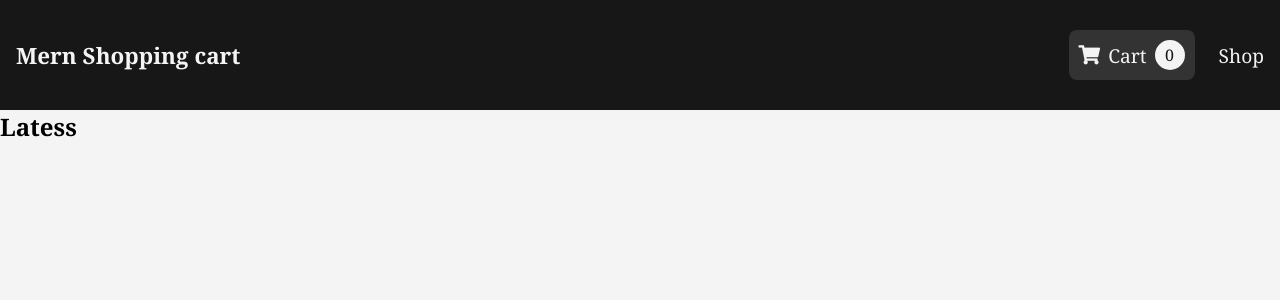
Repository: exiled-kal/MernShop
Page: / (app in frontend/)
An editor plug-in stored every save of this project. The page is shown before and after a run of saves, followed by the edit.
The browser window is 1280 px wide. The pictures show the whole page.
The project was rebuilt for these pictures with package versions that can differ from the ones it lists, and the page was loaded fresh each time. Also part of the build but not shown: frontend/src/screens/HomeScreen.css, frontend/src/screens/ProductScreen.css, frontend/src/screens/ProductScreen.js, frontend/src/screens/CartScreen.css, frontend/src/screens/CartScreen.js, frontend/src/components/Backdrop.css, frontend/src/components/Backdrop.js.

Above is the page before, as saved 2021-03-23 20:42:23.

### frontend/public/index.html
<!DOCTYPE html>
<html lang="en">

<head>
  <meta charset="utf-8" />
  <link rel="icon" href="%PUBLIC_URL%/favicon.ico" />
  <meta name="viewport" content="width=device-width, initial-scale=1" />
  <meta name="theme-color" content="#000000" />
  <meta name="description" content="Web site created using create-react-app" />
  <link rel="apple-touch-icon" href="%PUBLIC_URL%/logo192.png" />

  <link rel="manifest" href="%PUBLIC_URL%/manifest.json" />
  <link rel="stylesheet" href="https://cdnjs.cloudflare.com/ajax/libs/font-awesome/5.15.3/css/all.min.css"
    integrity="sha512-iBBXm8fW90+nuLcSKlbmrPcLa0OT92xO1BIsZ+ywDWZCvqsWgccV3gFoRBv0z+8dLJgyAHIhR35VZc2oM/gI1w=="
    crossorigin="anonymous" />

  <title>My Shop</title>
</head>

<body>
  <noscript>You need to enable JavaScript to run this app.</noscript>
  <div id="root"></div>

</body>

</html>

### frontend/src/index.css
* {
  margin: 0;
  padding: 0;
  box-sizing: border-box;
}

body {
  font-family: Cambria, Cochin, Georgia, Times, 'Times New Roman', serif;
  background: #f4f4f4;
}

img {
  width: 100%;
  object-fit: contain;
}

### frontend/src/App.js
import './App.css';
import {useState} from 'react';
import {BrowserRouter as Router, Switch, Route} from 'react-router-dom';
// Screens
import HomeScreen from './screens/HomeScreen';
import ProductScreen from './screens/ProductScreen';
import CartScreen from './screens/CartScreen';

//Components
import Navbar from './components/Navbar';
import Backdrop from './components/Backdrop';
import SideDrawer from './components/SideDrawer';

function App() {
  const [sideToggle, setSideToggle] = useState(false);

  return (
    <Router>
      <Navbar click={() => setSideToggle(true)} />
      <SideDrawer show={sideToggle} click={() => setSideToggle(false)} />
      <Backdrop show={sideToggle} click={() => setSideToggle(false)} />
      <main>
        <Switch>
          <Route exact path="/" component={HomeScreen} />
          <Route exact path="/product/:id" component={ProductScreen} />
          <Route exact path="/cart" component={CartScreen} />
        </Switch>
      </main>
    </Router>
  );
}

export default App;

### frontend/src/App.css
* {
  margin: 0;
  padding: 0;
  box-sizing: border-box;
}

body {
  font-family: Cambria, Cochin, Georgia, Times, 'Times New Roman', serif;
  background: #f4f4f4;
}

img {
  width: 100%;
  object-fit: contain;
}

### frontend/src/screens/HomeScreen.js
import './HomeScreen.css';
const HomeScreen = () => {
  return <div className="homescreen">
  <h2>Latess</h2>
  </div>;
};

export default HomeScreen;

### frontend/src/components/Navbar.js
import './Navbar.css';
import {Link} from 'react-router-dom';

const Navbar = ({click}) => {
  return (
    <nav className="navbar">
      <div className="navbar__logo">
        <h2>Mern Shopping cart</h2>
      </div>

      <ul className="navbar__links">
        <li>
          <Link to="/cart" className="cart__link">
            <i className="fas fa-shopping-cart"></i>
            <span>
              Cart
              <span className="cartlogo__badge">0</span>
            </span>
          </Link>
        </li>
        <li>
          <Link to="/">Shop</Link>
        </li>
      </ul>

      <div className="hamburger__menu" onClick={click}>
        <div></div>
        <div></div>
        <div></div>
      </div>
    </nav>
  );
};

export default Navbar;

### frontend/src/components/SideDrawer.js
import {Link} from 'react-router-dom';
import './SideDrawer.css';

const SideDrawer = ({show, click}) => {
  const sideDrawerClass = ['sidedrawer'];

  if (show) {
    sideDrawerClass.push('show');
  }

  return (
    <div className={sideDrawerClass.join(' ')}>
      <ul className="sidedrawer__links" onClick={click}>
        <li>
          <Link to="/cart">
            <i className="fas fa-shopping-cart"></i>
            <span>
              Cart <span className="sidedrawer__cartbadge">0</span>
            </span>
          </Link>
        </li>
        <li>
          <Link to="/">Shop</Link>
        </li>
      </ul>
    </div>
  );
};

export default SideDrawer;

### frontend/src/components/Navbar.css
.navbar {
  width: 100%;
  height: 110px;
  background-color: #171717;
  display: flex;
  justify-content: space-between;
  align-items: center;
  padding: 1.5rem 1rem;
  z-index: 50;
}

.navbar__logo h2 {
  color: #f4f4f4;
  font-size: 1.4rem;
  cursor: pointer;
}

.navbar__links {
  display: flex;
  list-style: none;
  align-items: center;
}

.navbar__links > li {
  padding-left: 1.5rem;
}

.navbar__links > li > a {
  text-decoration: none;
  color: #f4f4f4;
  font-size: 1.2rem;
  display: flex;
  align-items: center;
}

.navbar__links > li > a > span {
  display: flex;
  align-items: center;
  margin-left: 8px;
}

.cart__link {
  background: #333;
  padding: 10px;
  border-radius: 8px;
}

.cart__link:hover {
  background: #f4f4f4;
  color: red;
}

.cartlogo__badge {
  width: 30px;
  height: 30px;
  background: #f4f4f4;
  border-radius: 50%;
  margin-left: 8px;
  color: #171717;
  display: flex;
  justify-content: center;
  align-items: center;
  text-align: center;
  font-size: 1rem;
}

.hamburger__menu {
  width: 30px;
  height: 30px;
  display: none;
  flex-direction: column;
  justify-content: space-between;
  align-items: center;
  cursor: pointer;
}

.hamburger__menu > div {
  width: 100%;
  height: 3px;
  background-color: #f4f4f4;
}

.hamburger__menu:hover > div {
  background: red;
}

@media (max-width: 960px) {
  .navbar__links {
    display: none;
  }
  .hamburger__menu {
    display: flex;
  }
}

@media (max-width: 500px) {
  .navbar__logo h2 {
    font-size: 1rem;
  }
}

### frontend/src/components/SideDrawer.css
.sidedrawer {
  width: 70%;
  height: 100vh;
  background: #fff;
  position: fixed;
  top: 0;
  left: 0;
  z-index: 200;
  transform: translateX(-100%);
  transition: all 0.3s ease-out;
  display: flex;
  flex-direction: column;
  justify-content: center;
}

.sidedrawer.show {
  transform: translateX(0);
}

.sidedrawer__links {
  display: flex;
  flex-direction: column;
  list-style: none;
}

.sidedrawer__links > li {
  display: flex;
  align-items: center;
}

.sidedrawer__links > li > a {
  display: flex;
  align-items: center;
  justify-content: center;
  text-align: center;
  flex: 1;
  padding: 1rem;
  text-decoration: none;
  color: #171717;
  font-size: 1.6rem;
}

.sidedrawer__links > li > a:hover {
  background: #171717;
  color: #f4f4f4;
}

.sidedrawer__links > li > a > span {
  display: flex;
  align-items: center;
  margin-left: 8px;
}

.sidedrawer__cartbadge {
  display: flex;
  align-items: center;
  justify-content: center;
  text-align: center;
  width: 30px;
  height: 30px;
  border-radius: 50%;
  background: #171717;
  color: #f4f4f4;
  font-size: 1rem;
  margin-left: 8px;
}

.sidedrawer__links > li > a:hover .sidedrawer__cartbadge {
  background: #f4f4f4;
  color: #171717;
}

@media (min-width: 960px) {
  .sidedrawer {
    display: none;
  }
}

Loaded but not shown: frontend/src/index.js (common file); frontend/src/reportWebVitals.js (common file); frontend/src/screens/HomeScreen.css (no copy from this time; the picture is the same without it)

After the next 2 saves:
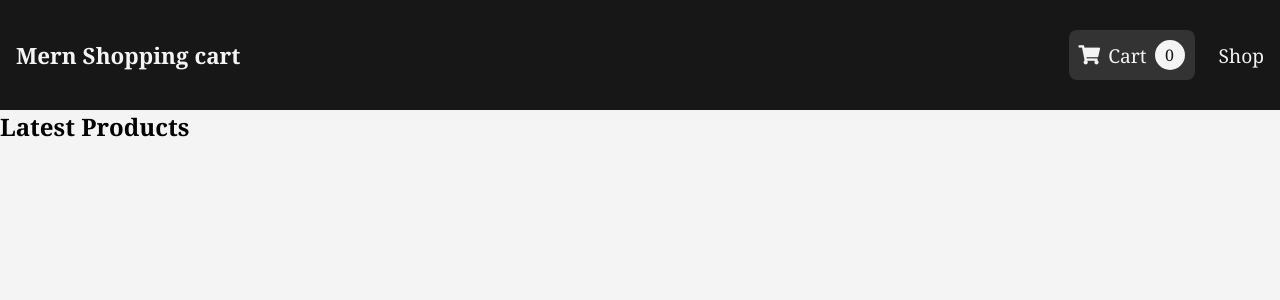
The 2 saves are shown as one change because they came seconds apart.
The last was saved 9 s later.
--- a/frontend/src/screens/HomeScreen.js
+++ b/frontend/src/screens/HomeScreen.js
@@ -1,7 +1,7 @@
 import './HomeScreen.css';
 const HomeScreen = () => {
   return <div className="homescreen">
-  <h2>Latess</h2>
+  <h2>Latest Products</h2>
   </div>;
 };
 
